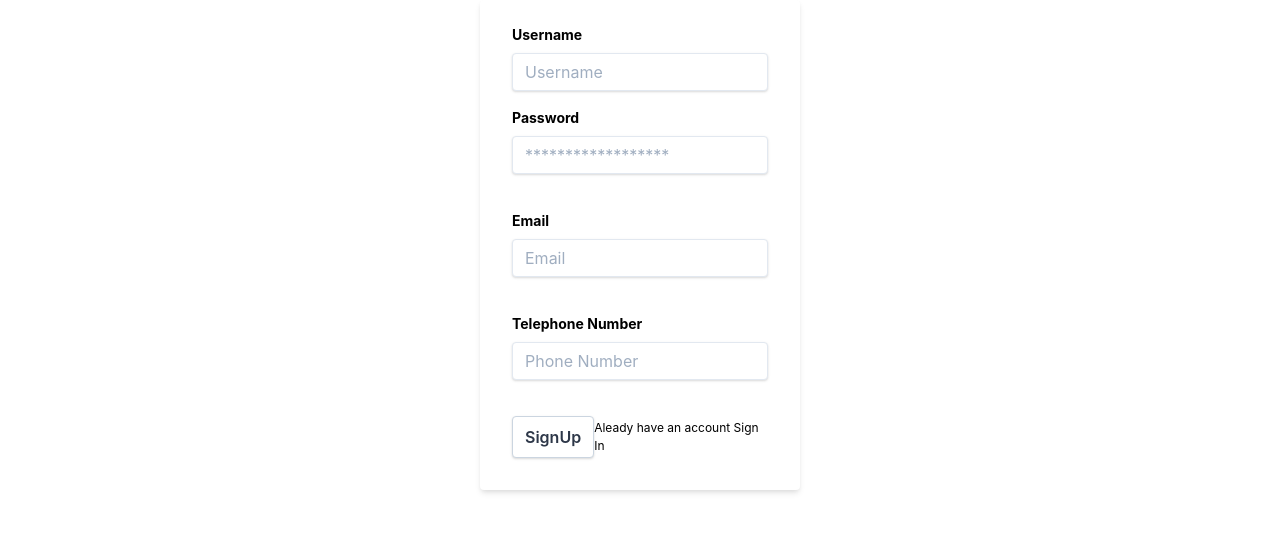
Repository: tzs34/amplifyLogin
Page: /signup
The author's editor kept a copy of each file at every save. The page is drawn from the files as they stood at one save, then again after the next save.
The browser window is 1280 px wide. The pictures show the whole page.
The project was rebuilt for these pictures with package versions that can differ from the ones it lists, and the page was loaded fresh each time. Also part of the build but not shown: src/components/Views/HomePage.js, src/services/AWSService.js, src/components/Form/form-utils.js, src/components/Alerts/Error.js, src/components/Auth/LoginForm.js, src/components/Routes/PrivateRoute.js.

Above is the page before, as saved 2019-12-09 16:00:28.

After the next save:
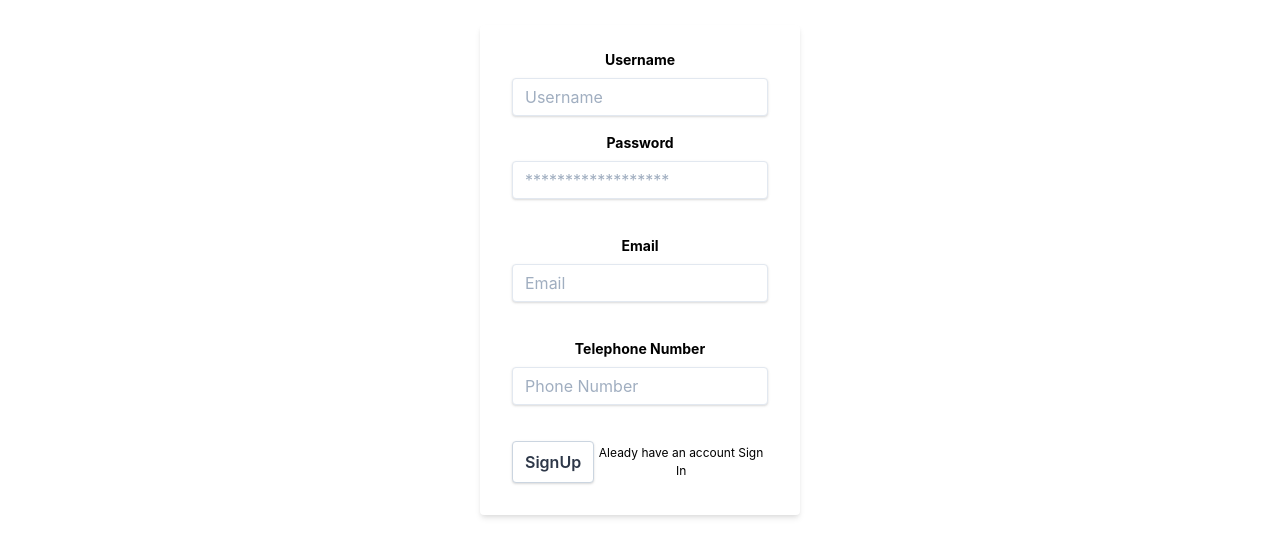
Saved 7 min 53 s later.
--- a/src/components/Auth/SignUpForm.js
+++ b/src/components/Auth/SignUpForm.js
@@ -12,7 +12,7 @@ const SignUpForm = ({ history }) => {
     history.push('/login')
   }
   return (
-    <div className="mx-auto w-full max-w-xs">
+    <div className="mx-auto w-full max-w-xs fadeIn">
       <form className="bg-white shadow-md rounded px-8 pt-6 pb-8 mb-4">
         <div className="mb-4">
           <label
